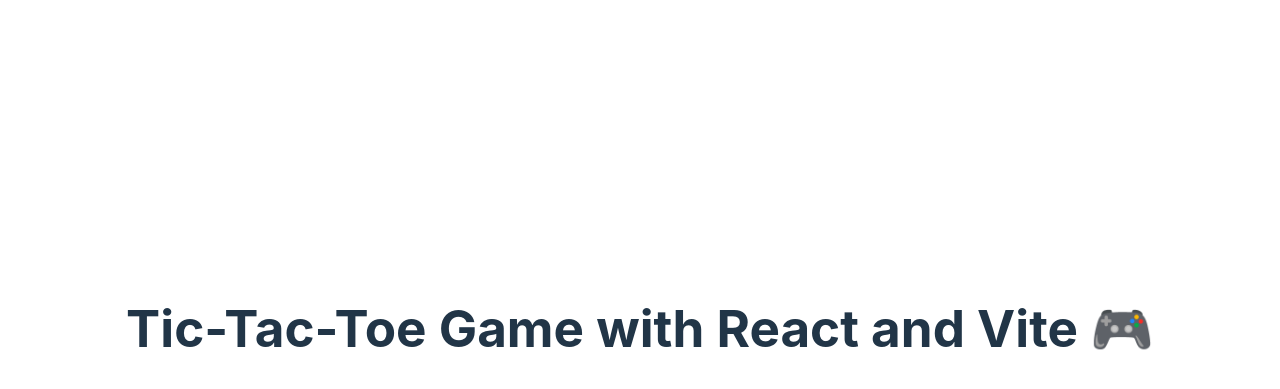
Repository: atzin-escandia/react-tic-tac-toe
Page: /
The author's editor kept a copy of each file at every save. The page is drawn from the files as they stood at one save, then again after the next save.
The browser window is 1280 px wide. The pictures show the whole page.
The project was rebuilt for these pictures with package versions that can differ from the ones it lists, and the page was loaded fresh each time. Also part of the build but not shown: vite.config.js.

Above is the page before, as saved 2023-10-05 18:14:06.

### index.html
<!DOCTYPE html>
<html lang="en">
  <head>
    <meta charset="UTF-8" />
    <link rel="icon" type="image/svg+xml" href="/vite.svg" />
    <meta name="viewport" content="width=device-width, initial-scale=1.0" />
    <title>Tic-Tac-Toe React 🎮</title>
  </head>
  <body>
    <div id="root"></div>
    <script type="module" src="/src/main.jsx"></script>
  </body>
</html>

### src/App.jsx
import "./App.css";

function App() {
  return (
    <>
      <h1>Tic-Tac-Toe Game with React and Vite 🎮</h1>
      <div className="card"></div>
    </>
  );
}

export default App;

Loaded but not shown: src/main.jsx (common file); src/index.css (common file); src/App.css (common file)

After the next save:
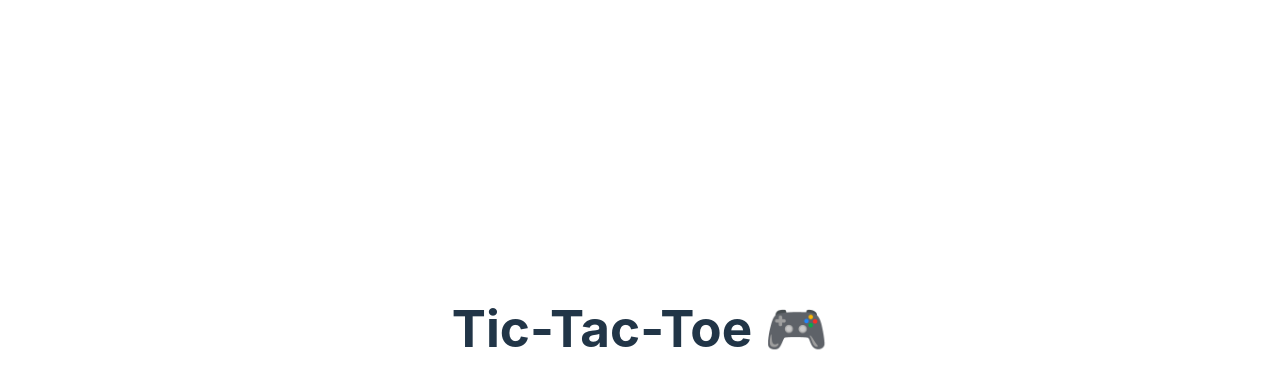
Saved 61 s later.
--- a/src/App.jsx
+++ b/src/App.jsx
@@ -3,7 +3,7 @@
 function App() {
   return (
     <>
-      <h1>Tic-Tac-Toe Game with React and Vite 🎮</h1>
+      <h1>Tic-Tac-Toe 🎮</h1>
       <div className="card"></div>
     </>
   );
